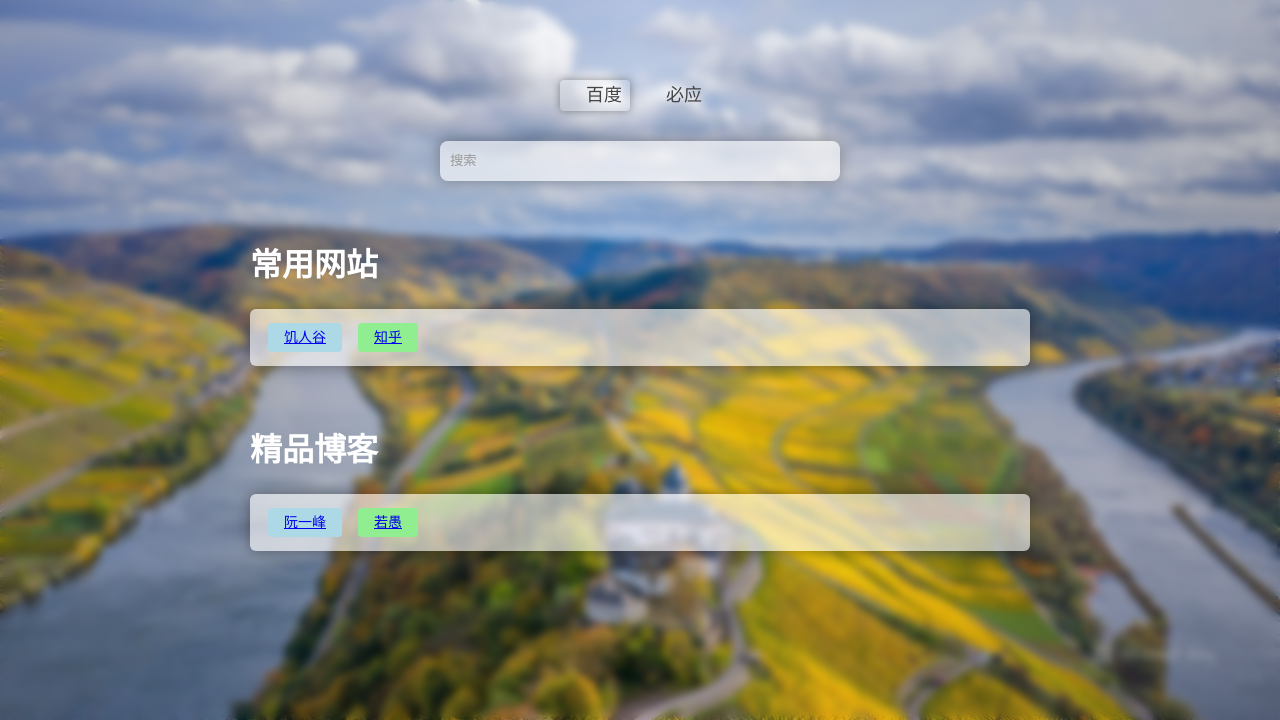
Repository: zkhiscool/PersonPage
Page: index.html
The author's editor kept a copy of each file at every save. The page is drawn from the files as they stood at one save, then again after the next save.
The browser window is 1280 px wide. The pictures show the whole page.

Above is the page before, as saved 2023-07-21 12:15:29.

After the next save:
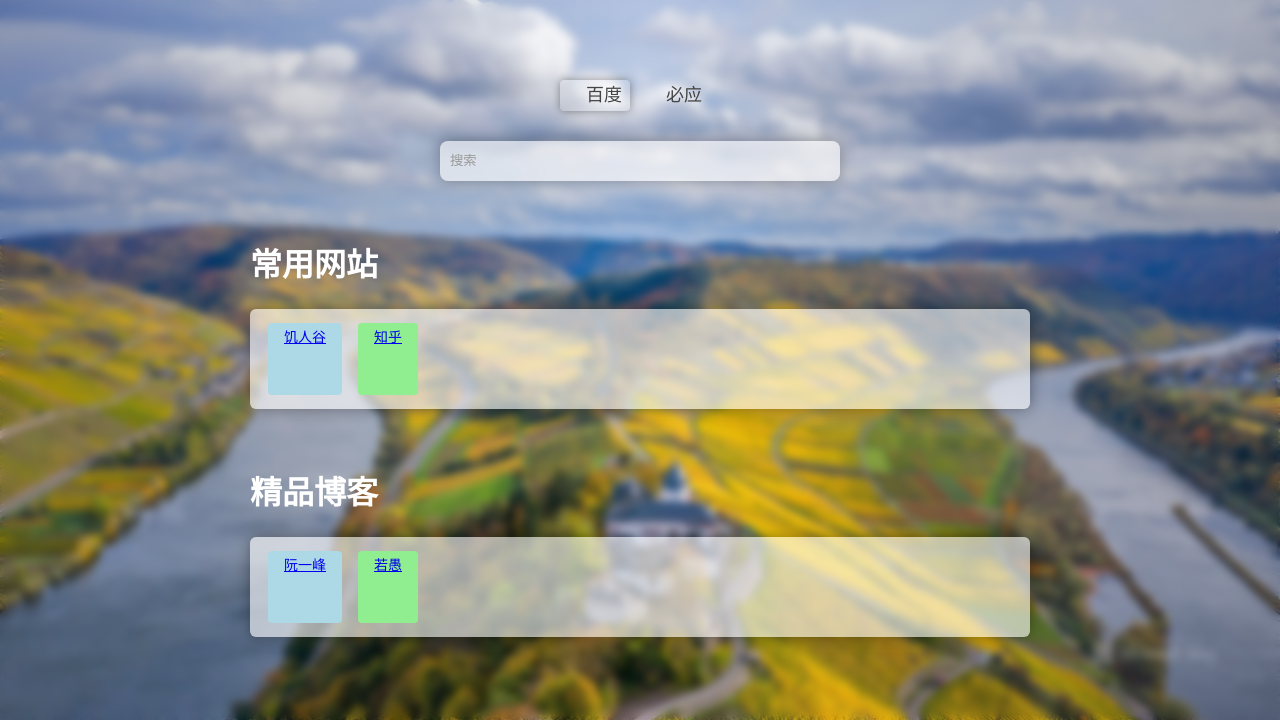
Saved 111 s later.
--- a/css/style.css
+++ b/css/style.css
@@ -149,6 +149,7 @@
     padding: 10px;
     margin-top: 20px;
     box-shadow: 0 0 16px 0 rgba(0, 0, 0, 0.4);
+    min-height: 100px;
 }
 
 #websites .tag {

After the 2 saves that followed:
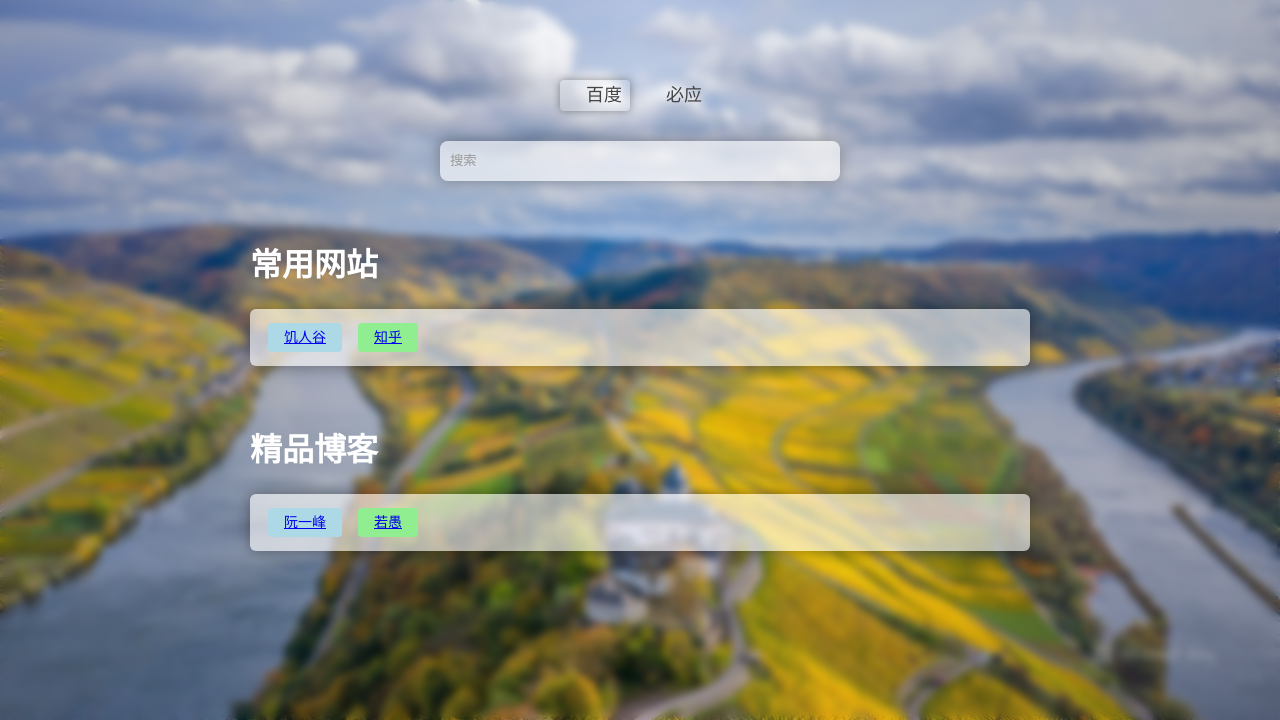
The 2 saves are shown as one change because 1 left the picture as it was.
The last was saved 37 s later.
--- a/css/style.css
+++ b/css/style.css
@@ -149,7 +149,7 @@
     padding: 10px;
     margin-top: 20px;
     box-shadow: 0 0 16px 0 rgba(0, 0, 0, 0.4);
-    min-height: 100px;
+    min-height: 20px;
 }
 
 #websites .tag {
--- a/js/main.js
+++ b/js/main.js
@@ -85,6 +85,7 @@ $('.modal-1 .confirm').onclick = function () {
     }
     data.push(obj)
     render(data)
+    $('.modal-1').classList.remove('show')
 }
 
 // 封装搜索
